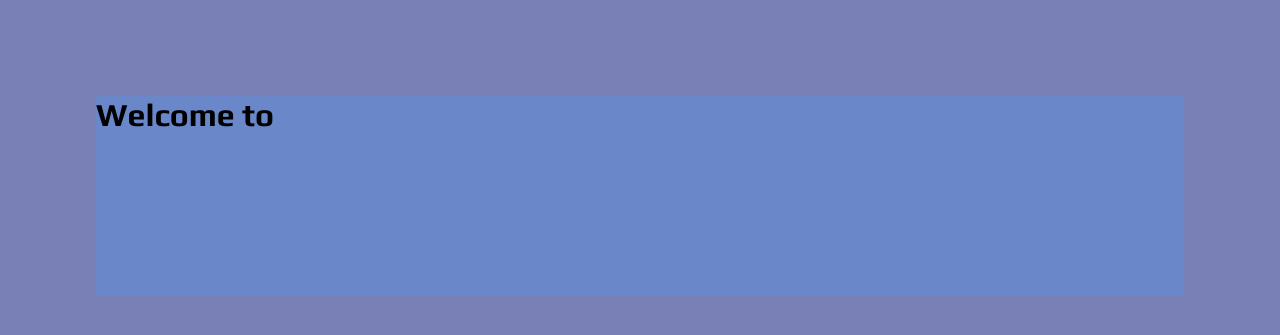
Repository: shaelorch/typeytalkey
Page: /
An editor plug-in stored every save of this project. The page is shown before and after a run of saves, followed by the edit.
The browser window is 1280 px wide. The pictures show the whole page.
The project was rebuilt for these pictures with package versions that can differ from the ones it lists, and the page was loaded fresh each time. The framework's server and built-in components were replaced by stand-ins that run in the browser. Also part of the build but not shown: next.config.js.

Above is the page before, as saved 2023-02-24 14:27:36.

After the next 3 saves:
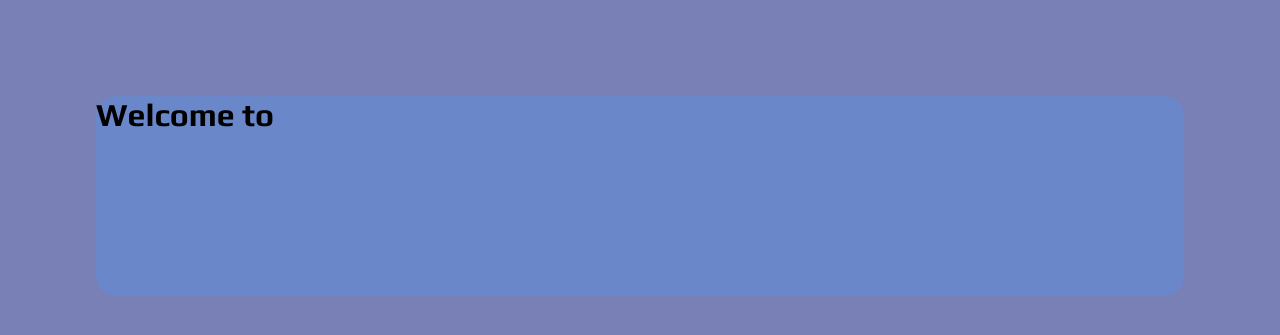
The 3 saves are shown as one change because they came seconds apart.
The last was saved 13 s later.
--- a/src/pages/index.js
+++ b/src/pages/index.js
@@ -16,7 +16,7 @@
       </Head>
       <main className={styles.main}>
         <div style={{backgroundColor:"#6987C9", width:"100%",
-      height:200}}>
+      height:200, borderRadius:20}}>
         <h1>Welcome to  </h1>
         </div>
 
